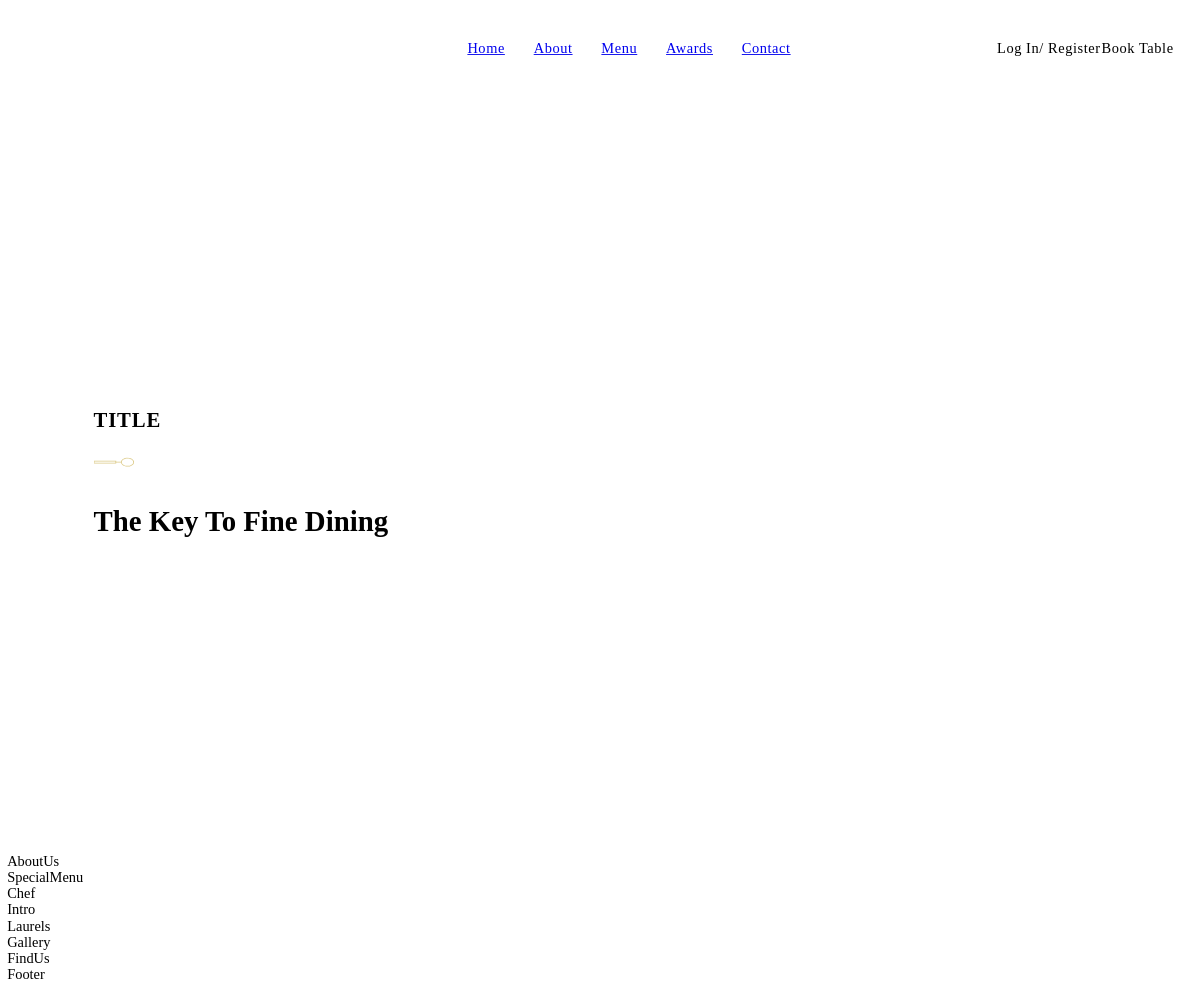
Repository: remydev47/restaurant
Page: /
The author's editor kept a copy of each file at every save. The page is drawn from the files as they stood at one save, then again after the next save.
The browser window is 1280 px wide. The page is 1336 px wide, so the pictures cover 1336 px, including what lies to the right of the window. The pictures show the whole page, at 90% of full size.
The project was rebuilt for these pictures with package versions that can differ from the ones it lists, and the page was loaded fresh each time. Also part of the build but not shown: src/container/AboutUs/AboutUs.css, src/container/Chef/Chef.css, src/components/Footer/Newsletter.jsx, src/components/Footer/FooterOverlay.jsx, src/components/Menuitem/MenuItem.css, src/components/Menuitem/MenuItem.jsx, src/container/Header/Header.css, src/container/Menu/SpecialMenu.css. Imported but missing from the stored project, and not drawn on this page: src/assets/meal.mp4.

Above is the page before, as saved 2022-03-15 10:59:27.

### public/index.html
<!DOCTYPE html>
<html lang="en">
  <head>
    <meta charset="utf-8" />
    <link rel="icon" href="%PUBLIC_URL%/favicon.ico" />
    <meta name="viewport" content="width=device-width, initial-scale=1" />
    <meta name="theme-color" content="#000000" />
    <meta name="description"content="Web site created using create-react-app"/>
    <link rel="apple-touch-icon" href="%PUBLIC_URL%/logo192.png" />
    <link rel="manifest" href="%PUBLIC_URL%/manifest.json" />
    <title>Gerich Resturant</title>
  </head>
  <body>
    <noscript>You need to enable JavaScript to run this app.</noscript>
    <div id="root"></div>
</html>

### src/App.js
import React from 'react';

import { AboutUs, Chef, FindUs, Footer, Gallery, Header, Intro, Laurels, SpecialMenu } from './container';
import { Navbar } from './components';
import './App.css';

const App = () => (
  <div>
    <Navbar />
    <Header />
    <AboutUs />
    <SpecialMenu />
    <Chef />
    <Intro />
    <Laurels />
    <Gallery />
    <FindUs />
    <Footer />
  </div>
);

export default App;

### src/container/Header/Header.jsx
import React from 'react';
import { SubHeading } from '../../components';

import { images } from "../../constants"
import './Header.css';

const Header = () => (
  <div className="app__header app__wrapper section__padding" id="home">
    <div className="app__wrapper_info">
      <SubHeading />
      <h1 className="app__header-h1">The Key To Fine Dining</h1>
    </div>
    <div className="app__wrapper_img"></div>
  </div>
);

export default Header;

### src/components/SubHeading/SubHeading.jsx
import React from 'react';
import { images } from '../../constants';


const SubHeading = () => (
  <div style={{ marginBottom: "1rem"}}>
    <p className='p__cormorant'>TITLE</p>
    <img src={images.spoon} alt="spoon" className="spoon__img" />
  </div>
);

export default SubHeading;

### src/components/Navbar/Navbar.jsx
import React, {useState} from 'react';
import { GiHamburgerMenu } from 'react-icons/gi';
import { MdOutlineRestaurantMenu } from 'react-icons/md';

import images from '../../constants/images';
import './Navbar.css';

const Navbar = () => {
  const [toggleMenu, setToggleMenu] = useState(false)
  return(
  <nav className="app__navbar">
    <div className="app__navbar-logo">
     <img src={images.gericht} alt="app logo"/>
    </div>
    <ul className="app__navbar-links">
      <li className="p__opensans"><a href="#home">Home</a></li>
      <li className="p__opensans"><a href="#about">About</a></li>
      <li className="p__opensans"><a href="#menu">Menu</a></li>
      <li className="p__opensans"><a href="#awards">Awards</a></li>
      <li className="p__opensans"><a href="#contact">Contact</a></li>
    </ul>
    <div className="app__navbar-login">
      <a href="#login" className="p__opensans">Log in/ Register</a>
    <div/>
      <a href="/" className="p__opensans">Book Table</a>
    </div>
    <div className="app__navbar-smallscreen">
      <GiHamburgerMenu color="#fff" fontsize={27} onClick={() => setToggleMenu(true)} />

      {toggleMenu && (


      <div className="app__navbar-smallscreen_overlay flex__center slide-bottom">
        <MdOutlineRestaurantMenu fontSize={27} className="overlay__close" onClick={() => setToggleMenu(false)} />
        <ul className="app__navbar-smallscreen_links">
          <li className="p__opensans"><a href="#home">Home</a></li>
          <li className="p__opensans"><a href="#about">About</a></li>
          <li className="p__opensans"><a href="#menu">Menu</a></li>
          <li className="p__opensans"><a href="#awards">Awards</a></li>
          <li className="p__opensans"><a href="#contact">Contact</a></li>
       </ul>
      </div>
       )}
    </div>
  </nav>
  );
};

export default Navbar;

### src/constants/images.js
import bg from '../assets/bg.png';
import chef from '../assets/chef.png';
import G from '../assets/G.png';
import gallery01 from '../assets/gallery01.png';
import gallery02 from '../assets/gallery02.png';
import gallery03 from '../assets/gallery03.png';
import gallery04 from '../assets/gallery04.png';
import knife from '../assets/knife.png';
import logo from '../assets/logo.png';
import menu from '../assets/menu.png';
import overlaybg from '../assets/overlaybg.png';
import spoon from '../assets/spoon.svg';
import welcome from '../assets/welcome.png';
import findus from '../assets/findus.png';
import laurels from '../assets/laurels.png';
import award01 from '../assets/award01.png';
import award02 from '../assets/award02.png';
import award03 from '../assets/award03.png';
import award05 from '../assets/award05.png';
import sign from '../assets/sign.png';
import quote from '../assets/quote.png';
import gericht from '../assets/gericht.png';

export default {
  bg,
  chef,
  G,
  gallery01,
  gallery02,
  gallery03,
  gallery04,
  knife,
  logo,
  menu,
  overlaybg,
  spoon,
  welcome,
  findus,
  laurels,
  award01,
  award02,
  award03,
  award05,
  sign,
  quote,
  gericht,
};

### src/components/Navbar/Navbar.css
.app__navbar {
   width: 100%;
   display: flex;
   justify-content: space-between;
   align-items: center;
   background: var(--color-black);
   padding: 1rem 2rem;
}

.app__navbar-logo{
    display: flex;
    justify-content: flex-start;
    align-items: center;
}

.app__navbar-logo img{
    width: 150px;
}

.app__navbar-links {
    flex: 1;
    display: flex;
    justify-content: center;
    align-items: center;

    list-style: none;
}

.app__navbar-links li{
    margin: 0 1rem;
    cursor: pointer;
}

.app__navbar-links li:hover {
   color: var(--color-grey);
}

.app__navbar-login {
    display: flex;
    justify-content: flex-end;
    align-items: center;
}
.app__navbar-login a {
    margin: o 1rem;
    text-decoration: none;
    transition: 0.5s  ease;
}

.app__navbar-login a:hover{
    border-bottom: 1px solid var(--color-golden);
}

.app__navbar-login div{
    width: 1px;
    height: 30px;
    background-color: var(--color-grey);
}

.app__navbar-smallscreen{
    display: none;
}

.app__navbar-smallscreen_overlay {
    position: fixed;
    top: 0;
    left: 0;
    width: 100%;
    height: 100vh;
    background-color: var(--color-black);
    transition: 0.5s ease;

    flex-direction: column;
    z-index: 5;
}

.app__navbar-smallscreen_overlay .overlay__close{
    font-size: 27px;
    color: var(--color-golden);
    cursor: pointer;

    position: absolute;
    top: 20px;
    right: 20px;
}

.app__navbar-smallscreen_links{
    list-style: none;
}

.app__navbar-smallscreen_links li {
   margin: 2rem;
   cursor: pointer;
   color: var(--color-golden);
   font-size: 2rem;
   text-align: center;
   font-family: var(--font-base);
}

.app__navbar-smallscreen_links li:hover {
    color: var(--color-white);
}

@media screen and (max-width: 2000px) {
    .app__navbar-logo img{
        width: 210px;
    }
}

@media screen and (max-width: 1150px) {
    .app__navbar-links {
        display: none;
    }

    .app__navbar-smallscreen {
        display: flex;
    }
}

@media screen and (max-width: 650px) {
    .app__navbar {
        padding: 1rem;
    }
    .app__navbar-login {
        display: none;
    }

    .app__navbar-logo img{
        width: 110px;
    }
}

### src/constants/data.js
import images from './images';

const wines = [
  {
    title: 'Chapel Hill Shiraz',
    price: '$56',
    tags: 'AU | Bottle',
  },
  {
    title: 'Catena Malbee',
    price: '$59',
    tags: 'AU | Bottle',
  },
  {
    title: 'La Vieillw Rose',
    price: '$44',
    tags: 'FR | 750 ml',
  },
  {
    title: 'Rhino Pale Ale',
    price: '$31',
    tags: 'CA | 750 ml',
  },
  {
    title: 'Irish Guinness',
    price: '$26',
    tags: 'IE | 750 ml',
  },
];

const cocktails = [
  {
    title: 'Aperol Sprtiz',
    price: '$20',
    tags: 'Aperol | Villa Marchesi prosecco | soda | 30 ml',
  },
  {
    title: "Dark 'N' Stormy",
    price: '$16',
    tags: 'Dark rum | Ginger beer | Slice of lime',
  },
  {
    title: 'Daiquiri',
    price: '$10',
    tags: 'Rum | Citrus juice | Sugar',
  },
  {
    title: 'Old Fashioned',
    price: '$31',
    tags: 'Bourbon | Brown sugar | Angostura Bitters',
  },
  {
    title: 'Negroni',
    price: '$26',
    tags: 'Gin | Sweet Vermouth | Campari | Orange garnish',
  },
];

const awards = [
  {
    imgUrl: images.award02,
    title: 'Bib Gourmond',
    subtitle: 'Lorem ipsum dolor sit amet, consectetur.',
  },
  {
    imgUrl: images.award01,
    title: 'Rising Star',
    subtitle: 'Lorem ipsum dolor sit amet, consectetur.',
  },
  {
    imgUrl: images.award05,
    title: 'AA Hospitality',
    subtitle: 'Lorem ipsum dolor sit amet, consectetur.',
  },
  {
    imgUrl: images.award03,
    title: 'Outstanding Chef',
    subtitle: 'Lorem ipsum dolor sit amet, consectetur.',
  },
];

export default { wines, cocktails, awards };

Loaded but not shown: src/index.js (common file); src/container/index.js (common file); src/components/index.js (common file); src/App.css (common file); src/container/AboutUs/AboutUs.jsx (common file); src/container/Chef/Chef.jsx (common file); src/container/Findus/FindUs.jsx (common file); src/container/Footer/Footer.jsx (common file); src/container/Gallery/Gallery.jsx (common file); src/container/Intro/Intro.jsx (common file); src/container/Laurels/Laurels.jsx (common file); src/container/Menu/SpecialMenu.jsx (common file); src/constants/index.js (common file); src/components/Footer/FooterOverlay.css (no stored copy; drawn as an empty file); src/components/Footer/Newsletter.css (no stored copy; drawn as an empty file); src/container/Footer/Footer.css (no stored copy; drawn as an empty file); src/container/Gallery/Gallery.css (no stored copy; drawn as an empty file); src/container/Intro/Intro.css (no stored copy; drawn as an empty file); src/container/Laurels/Laurels.css (no stored copy; drawn as an empty file)

After the next save:
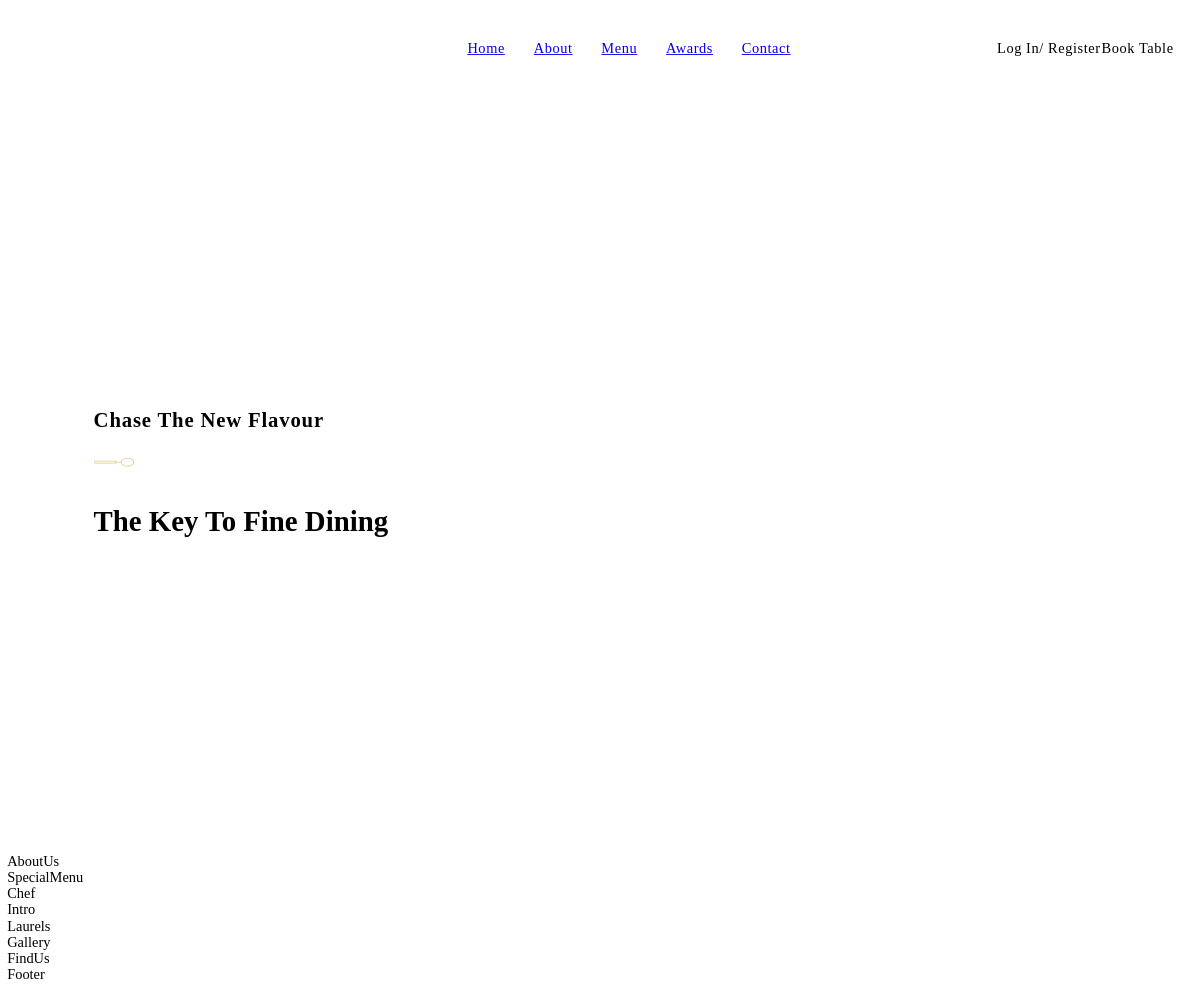
Saved 105 s later.
--- a/src/container/Header/Header.jsx
+++ b/src/container/Header/Header.jsx
@@ -7,7 +7,7 @@ import './Header.css';
 const Header = () => (
   <div className="app__header app__wrapper section__padding" id="home">
     <div className="app__wrapper_info">
-      <SubHeading />
+      <SubHeading title="Chase The New Flavour" />
       <h1 className="app__header-h1">The Key To Fine Dining</h1>
     </div>
     <div className="app__wrapper_img"></div>
--- a/src/components/SubHeading/SubHeading.jsx
+++ b/src/components/SubHeading/SubHeading.jsx
@@ -2,9 +2,9 @@ import React from 'react';
 import { images } from '../../constants';
 
 
-const SubHeading = () => (
+const SubHeading = ({ title }) => (
   <div style={{ marginBottom: "1rem"}}>
-    <p className='p__cormorant'>TITLE</p>
+    <p className='p__cormorant'>{title}</p>
     <img src={images.spoon} alt="spoon" className="spoon__img" />
   </div>
 );
